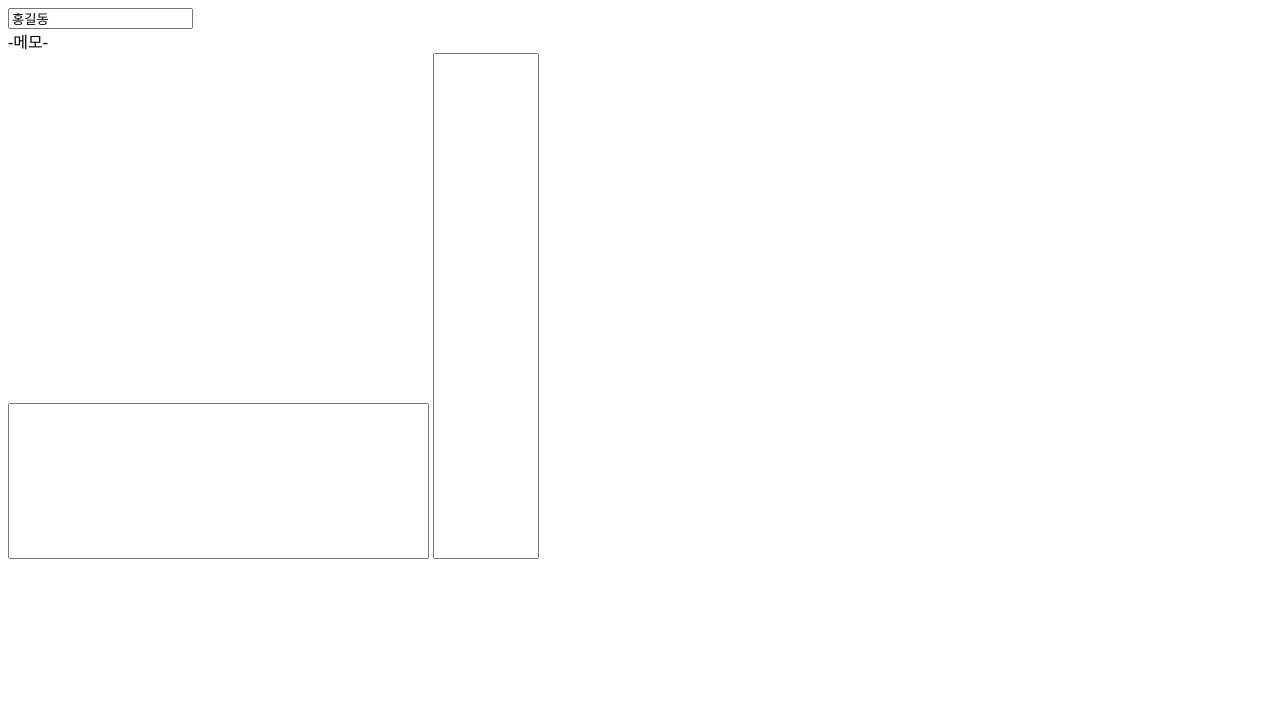
Repository: sangah-park98/jsp-class
Page: k20230503_1_html/src/main/webapp/29_textarea_fieldset.html
These files come from the project's save history. The page is drawn as it stood at one moment and after the next save; the edit follows.
The browser window is 1280 px wide. The pictures show the whole page.

Above is the page before, as saved 2023-05-04 08:03:38.

### k20230503_1_html/src/main/webapp/29_textarea_fieldset.html
<!DOCTYPE html>
<html>
<head>
<meta charset="UTF-8">
<title>textarea fieldset</title>
</head>
<body>

<!--
	<textarea> 태그는 여러줄 텍스트 입력 컨트롤을 나타낸다.
	rows: 줄의 개수
	cols: 칸의 개수
	style을 이용해 크기를 지정하면 rows, cols을 사용하지 않아도 된다.
	<textarea> 태그는 value 속성이 없고 값을 넣어주려면 <textarea> ~ </textarea> 사이에 입력하면 된다.
	<textarea> 태그는 컨트롤 오른쪽 아래를 드래그하면 컨트롤의 크기가 변경되므로 컨트롤의 크기가 변경되지
	않도록 하기 위해서 style="resize:none"; 스타일을 지정한다.
-->

<input type="text" name="name" value="홍길동"/><br/>

-메모-<br/>
<textarea rows="10" cols="50" style="resize: none;" name="content"></textarea>
<textarea name="content" style="resize: none; width: 100px; height: 500px"></textarea>

</body>
</html>

After the next save:
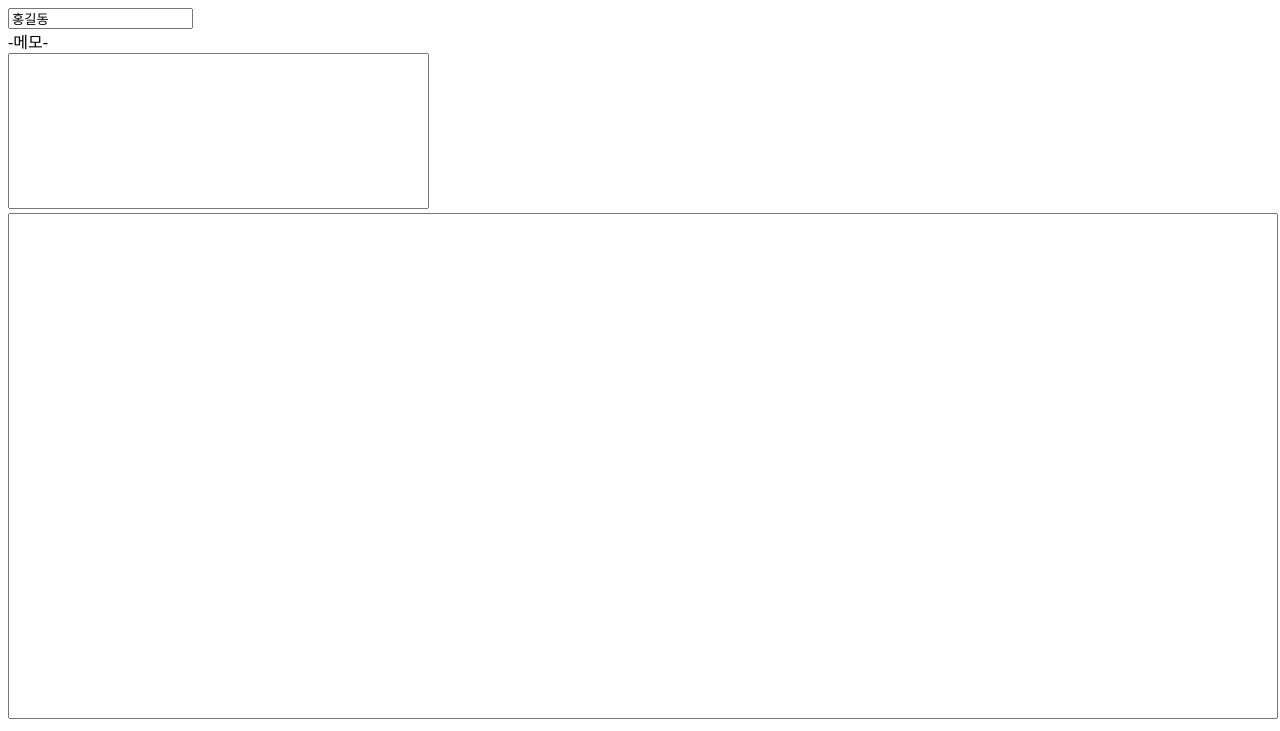
Saved 50 s later.
--- a/k20230503_1_html/src/main/webapp/29_textarea_fieldset.html
+++ b/k20230503_1_html/src/main/webapp/29_textarea_fieldset.html
@@ -20,7 +20,7 @@
 
 -메모-<br/>
 <textarea rows="10" cols="50" style="resize: none;" name="content"></textarea>
-<textarea name="content" style="resize: none; width: 100px; height: 500px"></textarea>
+<textarea name="content" style="resize: none; width: 100%; height: 500px"></textarea>
 
 </body>
 </html>
